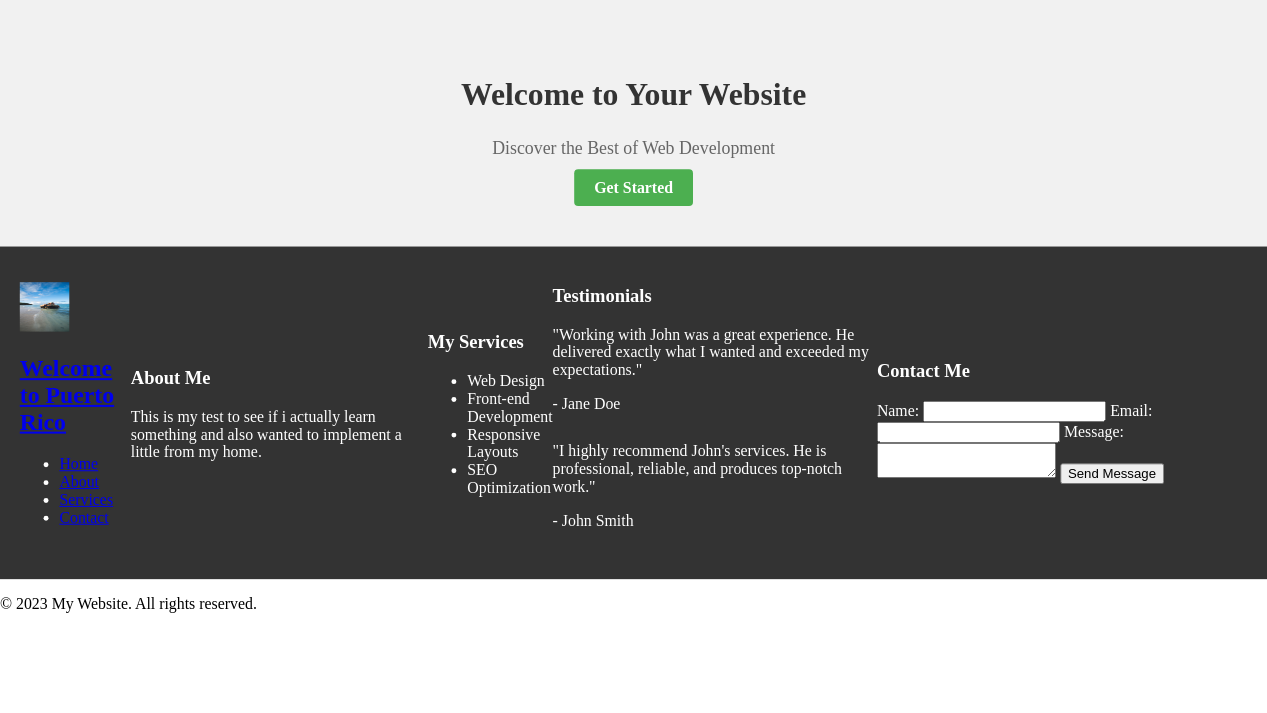
Repository: HeliosAI9/First-test-website
Page: mywebsite/index.html
The author's editor kept a copy of each file at every save. The page is drawn from the files as they stood at one save, then again after the next save.
The browser window is 1280 px wide. The pictures show the whole page, at 99% of full size.
Pictures or frames that could not be fetched are drawn as grey boxes.

Above is the page before, as saved 2023-07-03 07:22:17.

After the next save:
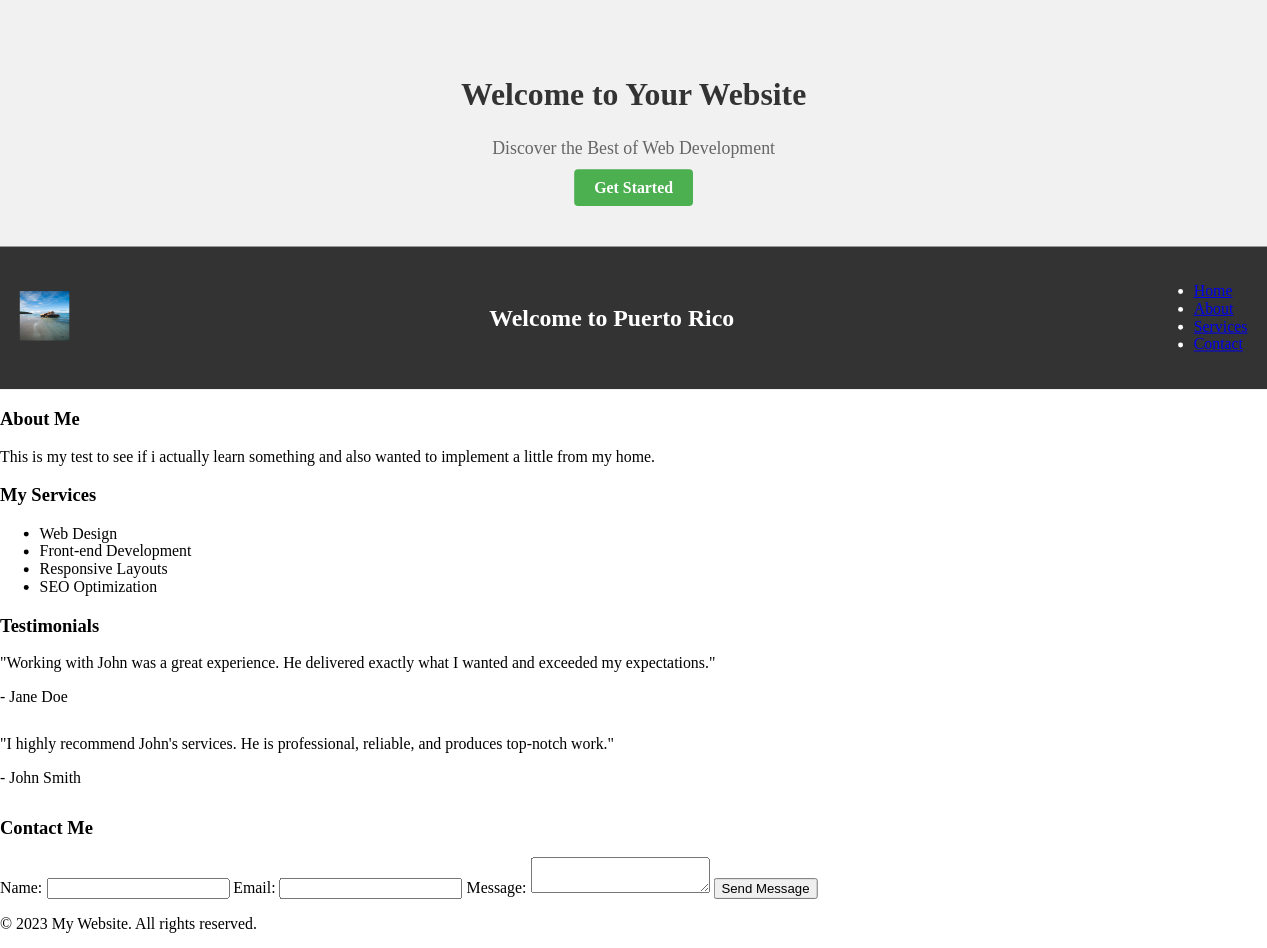
Saved 3 min 3 s later.
--- a/mywebsite/index.html
+++ b/mywebsite/index.html
@@ -26,9 +26,11 @@
 <div class="headerBar">
     <div class="leftBarContainer">
         <a class="logocontainer" href=".">
-            <div class = "logoImageContainer">
-                <img class = "logoImage" src="resources/pexels-jo-kassis-4633495.jpg">
+            <div class="logoImageContainer">
+              <img class="logoImage" src="resources/pexels-jo-kassis-4633495.jpg">
             </div>
+          </a>
+    </div>
 
     <h2>Welcome to Puerto Rico</h2>
     <nav>
